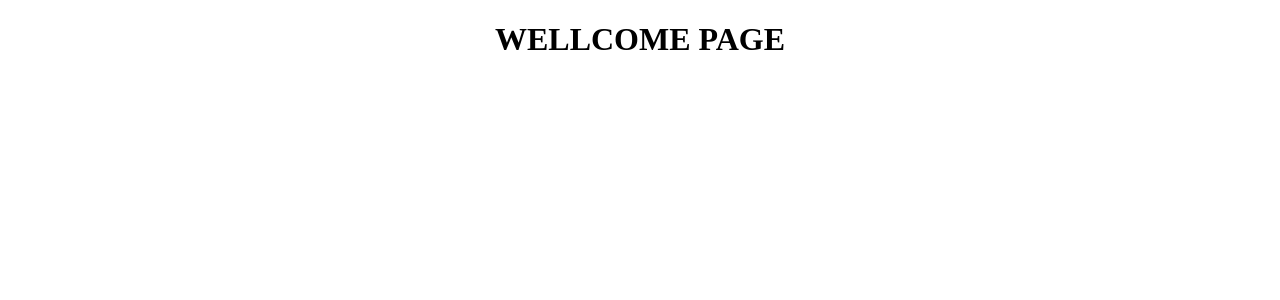
Repository: tae10/app-board-solo
Page: http://localhost/app-board/index
These files come from the project's save history. The page is drawn as it stood at one moment and after the next save; the edit follows.
The browser window is 1280 px wide. The pictures show the whole page.
The page is served by Tomcat 9.

Above is the page before, as saved 2023-04-08 13:42:57.

After the next save:
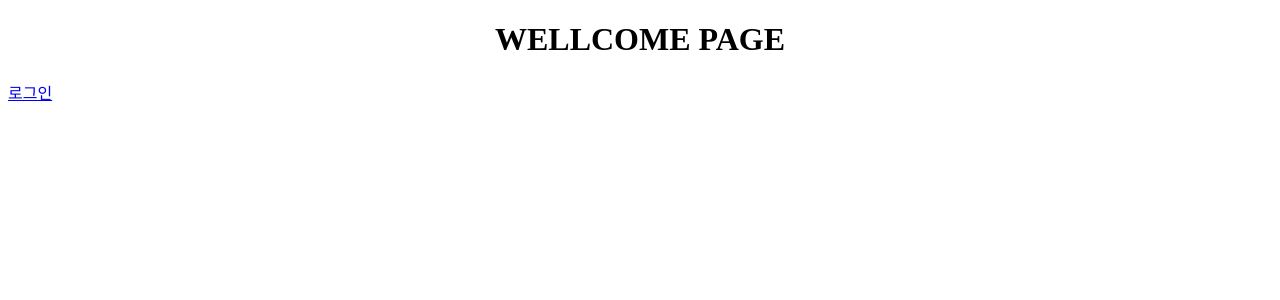
Saved 50 s later.
--- a/app-board/src/main/webapp/WEB-INF/views/index.jsp
+++ b/app-board/src/main/webapp/WEB-INF/views/index.jsp
@@ -8,11 +8,15 @@
 <title>welcome page</title>
 </head>
 <body>
-			<h1 style="text-align: center;">WELLCOME PAGE</h1>
+	<h1 style="text-align: center;">WELLCOME PAGE</h1>
 	<c:choose>
 		<c:when test="${sessionScope.logon }">
-		<a href="/login">로그인</a>
+            ${logonUser.nick }
+            <a href="/logout">로그아웃</a>
 		</c:when>
+		<c:otherwise>
+			<a href="/login">로그인</a>
+		</c:otherwise>
 	</c:choose>
 </body>
 </html>
